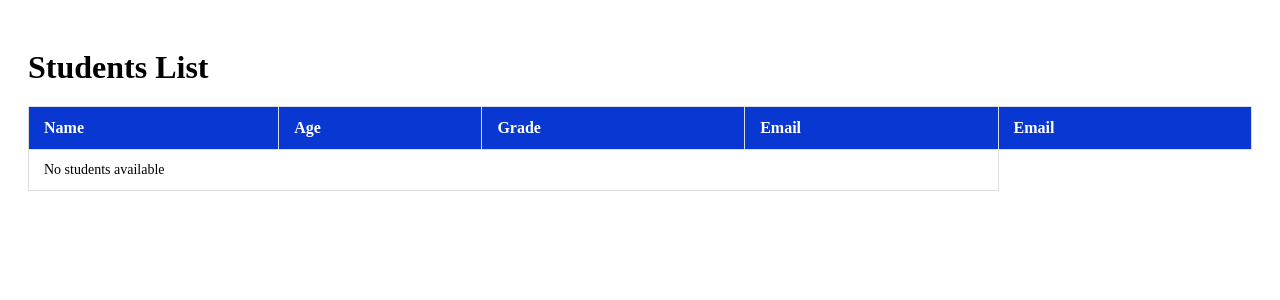
Repository: sharmisthak16/Student-Assignment
Page: /students (app in my-project/)
An editor plug-in stored every save of this project. The page is shown before and after the next save, followed by the edit.
The browser window is 1280 px wide. The pictures show the whole page.
The page's requests for data from a server got no answer. The project was rebuilt for these pictures with package versions that can differ from the ones it lists, and the page was loaded fresh each time. No one was signed in, and anything a server would have sent is missing. Also part of the build but not shown: my-project/vite.config.js, my-project/src/components/LoginForm.css, my-project/src/components/LoginForm.jsx, my-project/src/components/Dashboard.css, my-project/src/components/Dashboard.jsx, my-project/src/components/HomeButtons.css, my-project/src/components/HomeButtons.jsx, my-project/src/Pages/Home.jsx and 4 more.

Above is the page before, as saved 2025-01-31 04:22:05.

After the next save:
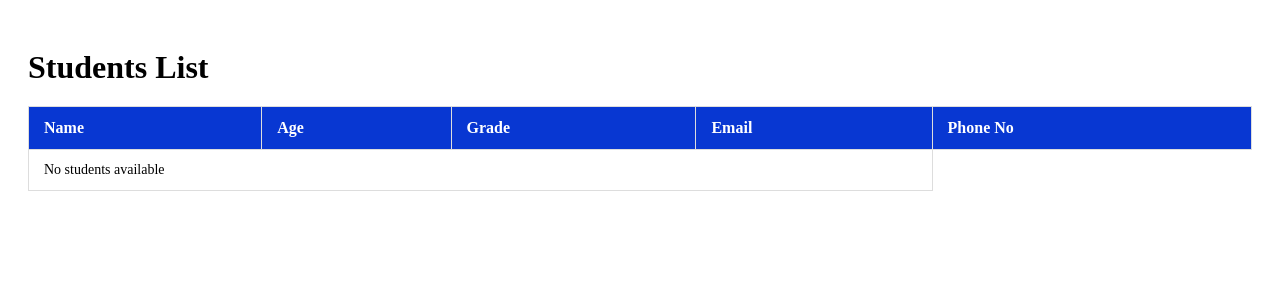
Saved 6 s later.
--- a/my-project/src/components/StudentPage.jsx
+++ b/my-project/src/components/StudentPage.jsx
@@ -38,7 +38,7 @@ const StudentPage = () => {
               <th>Age</th>
               <th>Grade</th>
               <th>Email</th>
-              <th>Email</th>
+              <th>Phone No</th>
             </tr>
           </thead>
           <tbody>
